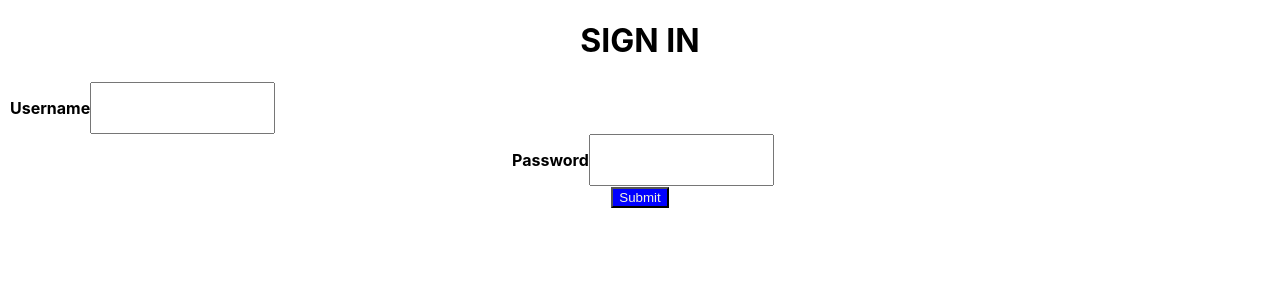
Repository: PreetiToppo/networking
Page: /
The author's editor kept a copy of each file at every save. The page is drawn from the files as they stood at one save, then again after the next save.
The browser window is 1280 px wide. The pictures show the whole page.
The project was rebuilt for these pictures with package versions that can differ from the ones it lists, and the page was loaded fresh each time.

Above is the page before, as saved 2023-01-21 19:44:40.

After the next save:
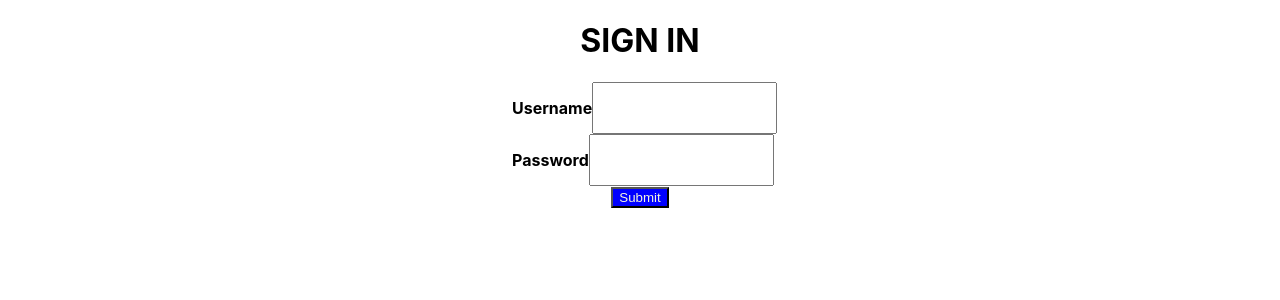
Saved 9 s later.
--- a/src/App.css
+++ b/src/App.css
@@ -3,7 +3,7 @@
 }
 .name {
   display: flex;
-  margin-left: 10px;
+  margin-left: 40%;
 }
 
 .pass {
